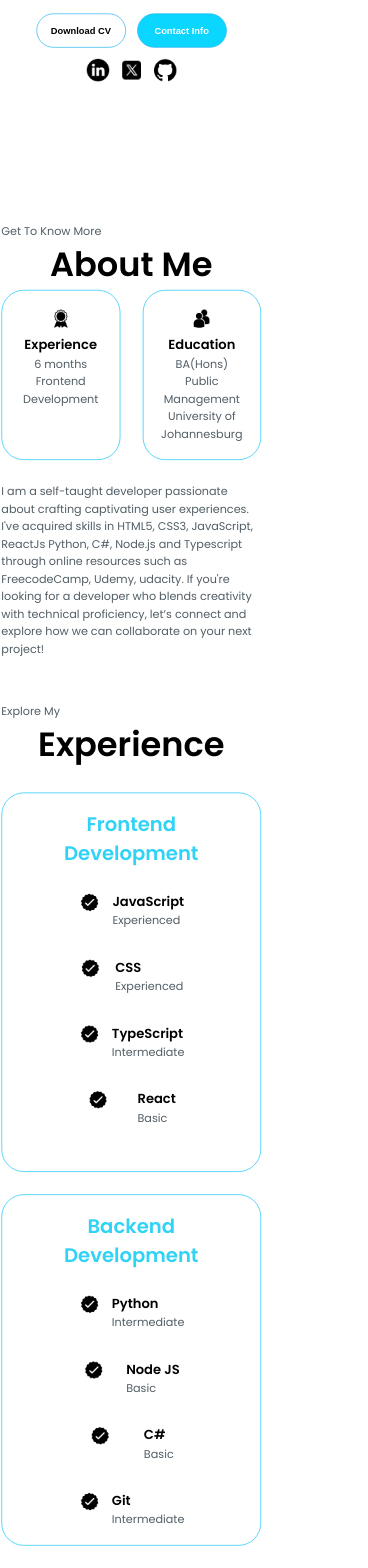
Repository: ntandomagana/FS-Dev-Portfolio
Page: index.html
An editor plug-in stored every save of this project. The page is shown before and after a run of saves, followed by the edit.
The browser window is 375 px wide. The page is 525 px wide, so the pictures cover 525 px, including what lies to the right of the window. The pictures show the part of the page from y = 613 to 2853 px (the page is 4853 px tall before and 4780 px after), at 70% of full size.

Above is the page before, as saved 2024-05-06 11:22:02.

After the next 3 saves:
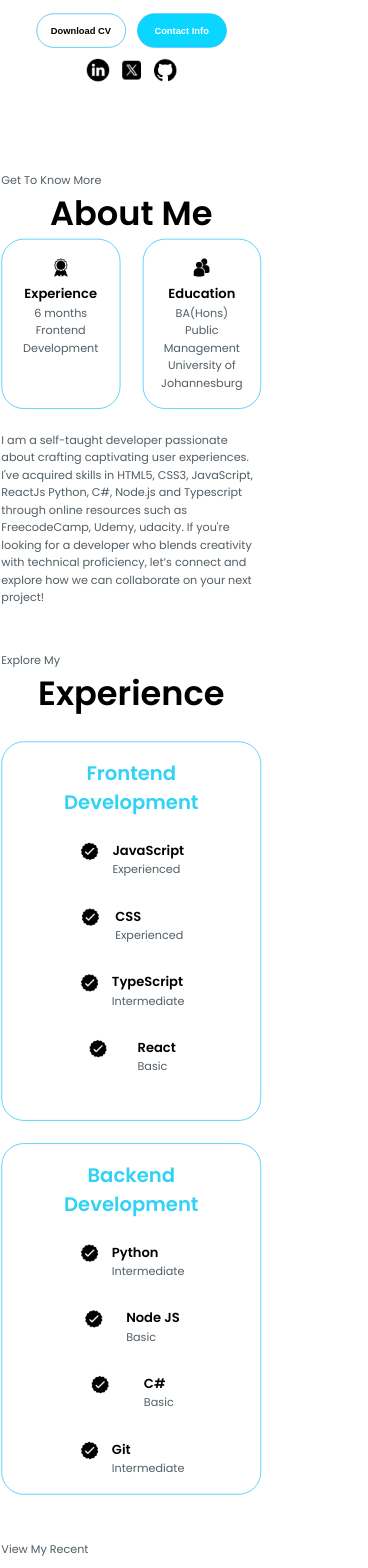
The 3 saves are shown as one change because they came seconds apart.
The last was saved 16 s later.
--- a/mediaqueries.css
+++ b/mediaqueries.css
@@ -63,4 +63,8 @@
     footer {
         height: 40vh;
     }
+
+    #profile {
+        height: 38vh;
+    }
 }
